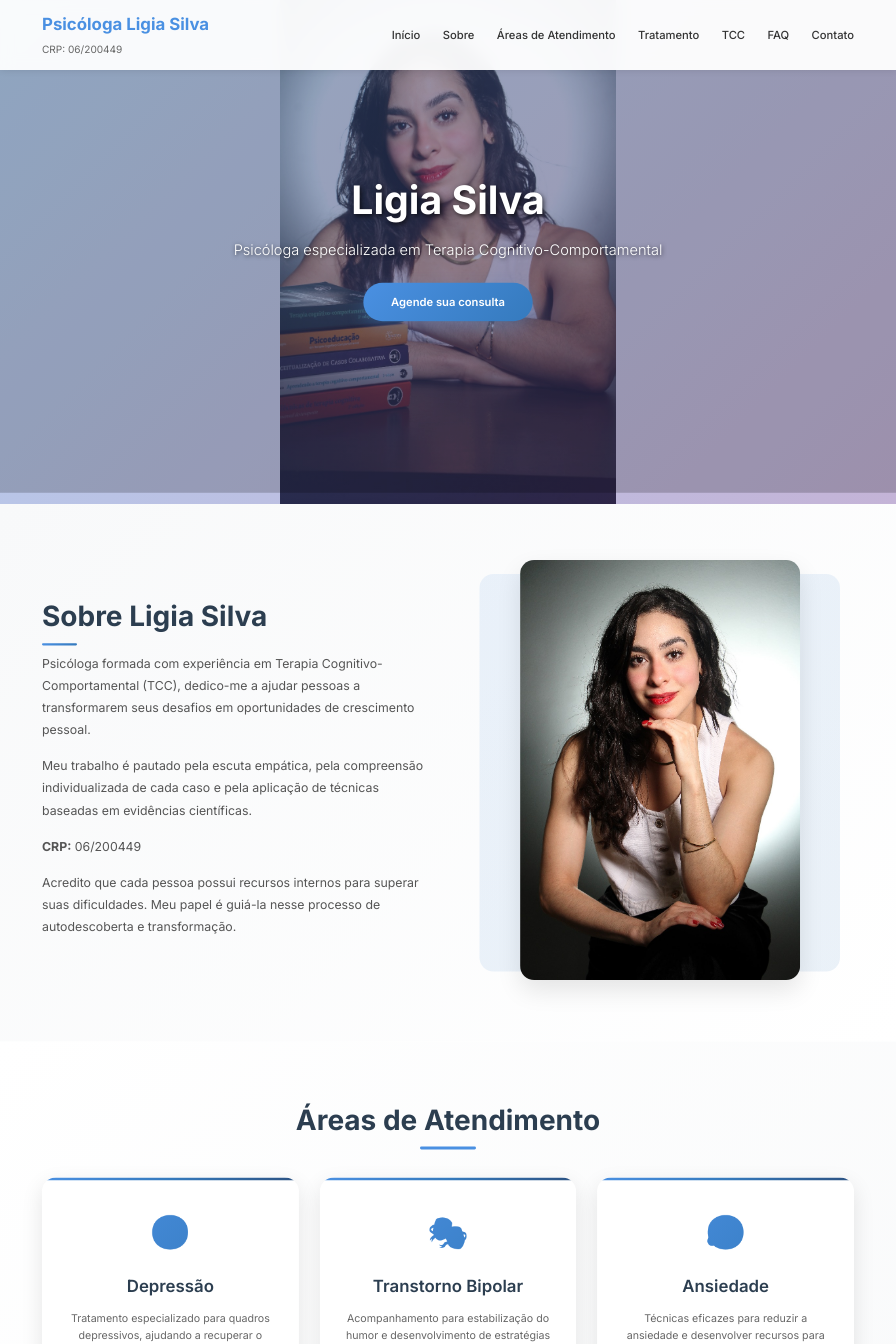
Repository: MichelAlmeida1990/Projeto-Psicologa
Page: index.html
The author's editor kept a copy of each file at every save. The page is drawn from the files as they stood at one save, then again after the next save.
The browser window is 1280 px wide. The pictures show the part of the page from y = 0 to 1920 px (the page is 5911 px tall), at 70% of full size.

Above is the page before, as saved 2025-07-15 15:34:11.

After the next save:
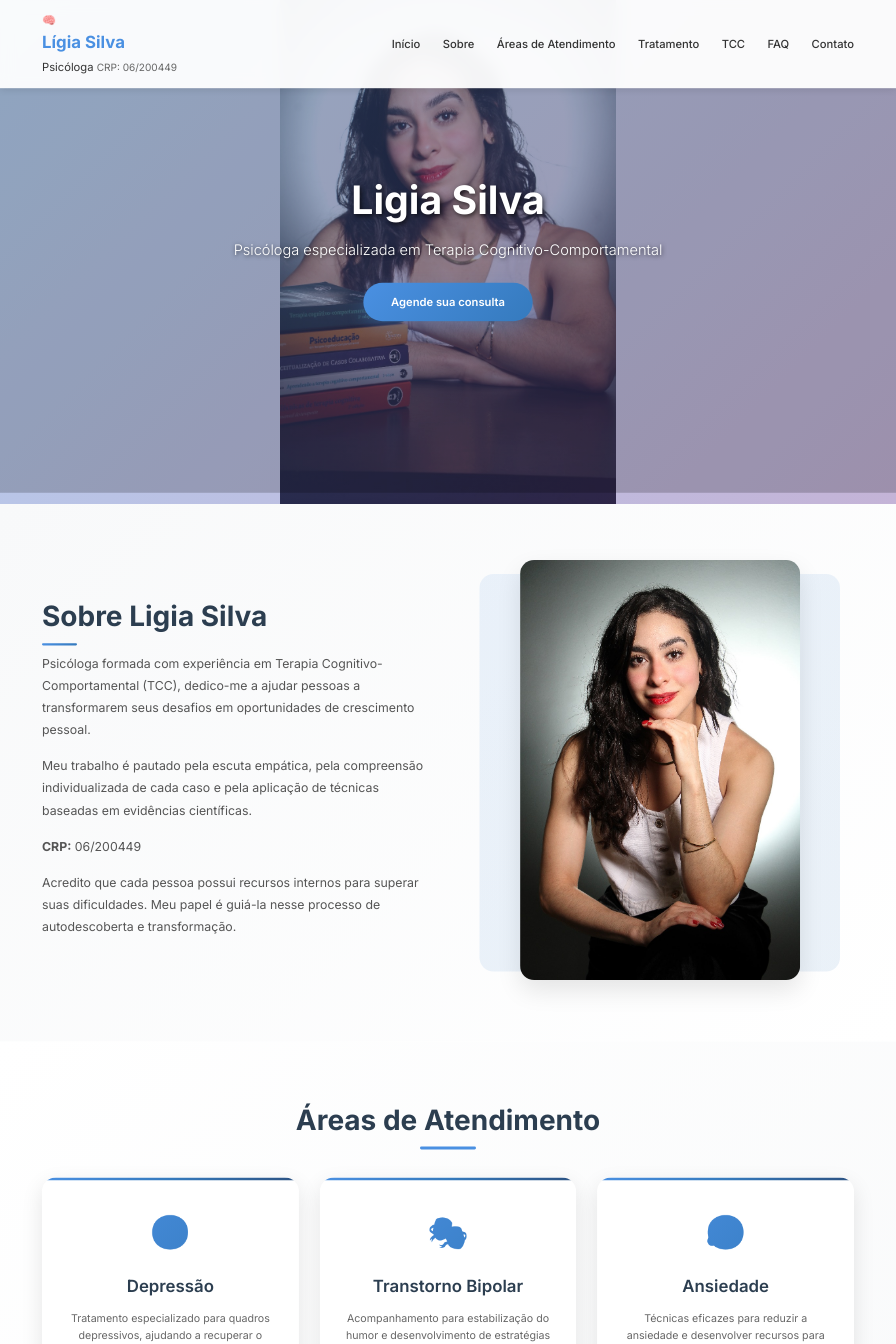
Saved 10 s later.
--- a/index.html
+++ b/index.html
@@ -17,8 +17,12 @@
         <nav class="nav">
             <div class="nav-container">
                 <div class="logo">
-                    <h1>Psicóloga Ligia Silva</h1>
-                    <span class="crp">CRP: 06/200449</span>
+                    <div class="logo-icon">🧠</div>
+                    <div class="logo-text">
+                        <h1>Lígia Silva</h1>
+                        <span class="logo-subtitle">Psicóloga</span>
+                        <span class="crp">CRP: 06/200449</span>
+                    </div>
                 </div>
                 <ul class="nav-menu">
                     <li><a href="#inicio">Início</a></li>
